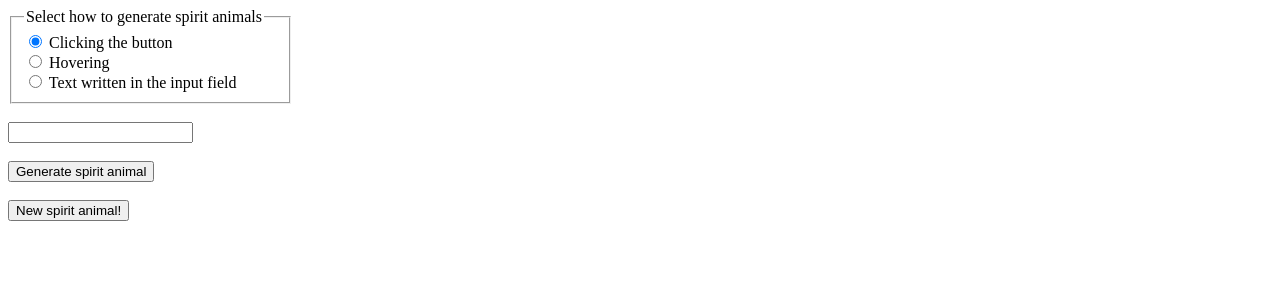
Repository: andrii1/hyf-homework
Page: javascript/javascript2/week1/name-generator.html
An editor plug-in stored every save of this project. The page is shown before and after the next save, followed by the edit.
The browser window is 1280 px wide. The pictures show the whole page.

Above is the page before, as saved 2022-06-25 14:24:26.

### javascript/javascript2/week1/name-generator.html
<!DOCTYPE html>
<html lang="en">
<head>
  <meta charset="UTF-8">
  <meta http-equiv="X-UA-Compatible" content="IE=edge">
  <meta name="viewport" content="width=device-width, initial-scale=1.0">
  <title>Spirit animal name generator</title>
</head>
<body>
  <fieldset style="width: 20%;">
    <legend>Select how to generate spirit animals</legend>

    <div>
      <input type="radio" id="clicking-button" name="checkbox" value="clicking-button" checked>
      <label for="clicking-button">Clicking the button</label>
    </div>

    <div>
      <input type="radio" id="hovering" name="checkbox" value="hovering">
      <label for="hovering">Hovering</label>
    </div>

    <div>
      <input type="radio" id="writing-text" name="checkbox" value="writing-text">
      <label for="writing-text">Text written in the input field</label>
    </div>
  </fieldset>
  <br>

  <form action="#">
    <input type="text" id="input"><br>
    <br>
    <input type="submit" id="button" value="Generate spirit animal">
  </form>
  <br>
  <button id="new-animal">New spirit animal!</button>
  <div id="display"></div>
  <script src="app.js"></script>
</body>
</html>

### javascript/javascript2/week1/app.js
const animals = [
  "spirit cat",
  "moon dog",
  "crying snake",
  "dangerous lion",
  "yellow tiger",
  "sun bear",
  "jupiter crocodile",
  "mars shark",
  "venus whale",
  "saturn crocodile",
];
const input = document.getElementById("input");
const button = document.getElementById("button");
const display = document.getElementById("display");
const newAnimalButton = document.getElementById("new-animal");
function generateSpiritAnimal() {
  const text = input.value;
  if (typeof text !== "string" || text === "") {
    throw new Error("Name must be a non-empty string");
  }

  display.innerHTML = `${text} - The ${
    animals[Math.floor(Math.random() * animals.length)]
  }`;
}

function newSpiritAnimal() {
  const animal = display.innerHTML;
  if (animal === "") {
    throw new Error("Generate animal first!");
  }
  const text = input.value;
  display.innerHTML = `${text} - The ${
    animals[Math.floor(Math.random() * animals.length)]
  }`;
}

button.addEventListener("click", generateSpiritAnimal);
newAnimalButton.addEventListener("click", newSpiritAnimal);

After the next save:
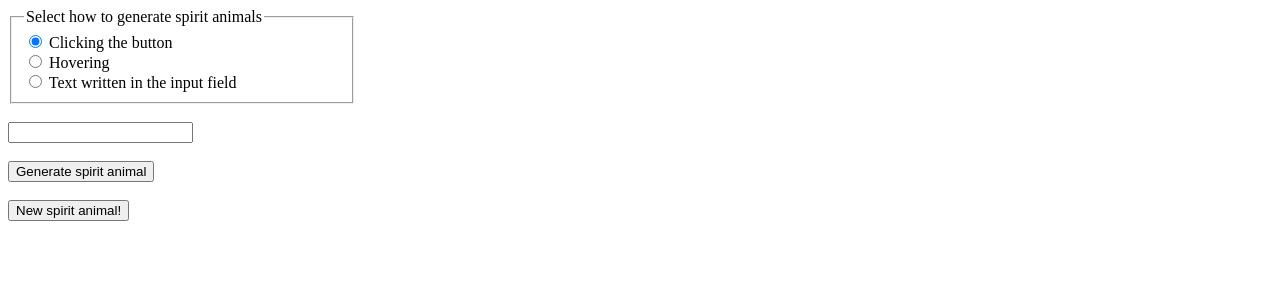
Saved 11 s later.
--- a/javascript/javascript2/week1/name-generator.html
+++ b/javascript/javascript2/week1/name-generator.html
@@ -7,7 +7,7 @@
   <title>Spirit animal name generator</title>
 </head>
 <body>
-  <fieldset style="width: 20%;">
+  <fieldset style="width: 25%;">
     <legend>Select how to generate spirit animals</legend>
 
     <div>
